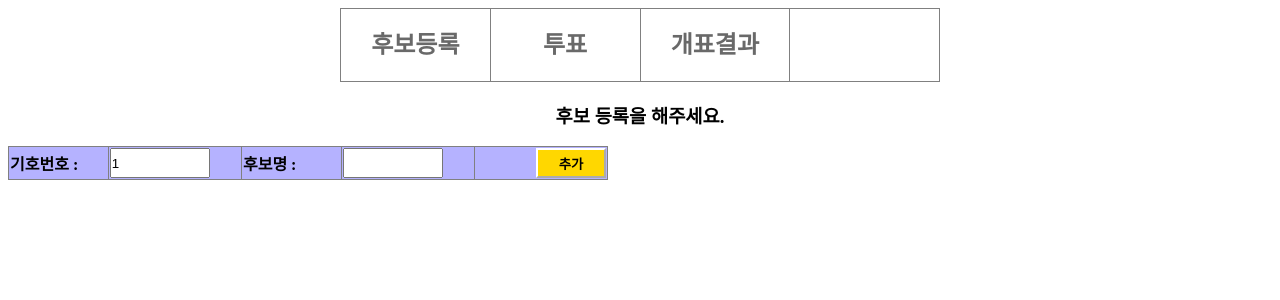
Repository: noheul1030/KOPO-HTML
Page: http://localhost/Tupyo/Tupyo/A_01.jsp
The author's editor kept a copy of each file at every save. The page is drawn from the files as they stood at one save, then again after the next save.
The browser window is 1280 px wide. The pictures show the whole page.
The page is served by Tomcat 9. Queries for data that is not in the repository find no rows.

Above is the page before, as saved 2023-06-03 15:35:23.

After the next save:
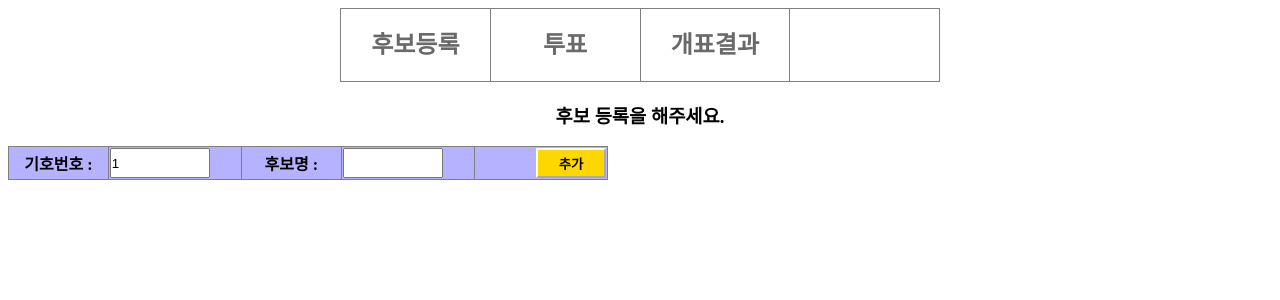
Saved 20 s later.
--- a/Tupyo/src/main/webapp/Tupyo/A_01.jsp
+++ b/Tupyo/src/main/webapp/Tupyo/A_01.jsp
@@ -9,6 +9,7 @@
 <html>
     <head>
     	<style>
+    		table{text-align : center;}
     		a {text-decoration-line: none;  color: #696969;}
     		h2 {margin-top: 15px; text-align: center;}
     		.fourth {
